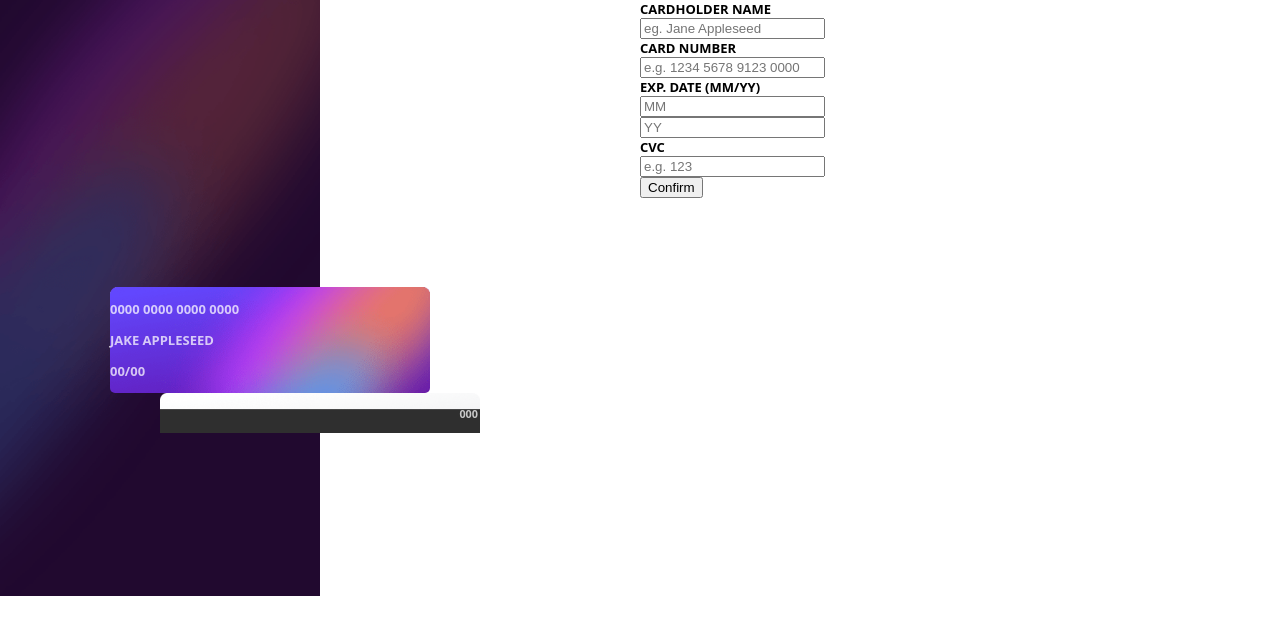
Repository: Celebration-cloud/my-project
Page: interactive-card-details-form-main/index.html
These files come from the project's save history. The page is drawn as it stood at one moment and after a run of saves; the edit follows.
The browser window is 1280 px wide. The pictures show the whole page.

Above is the page before, as saved 2023-08-22 18:54:09.

After the next 8 saves:
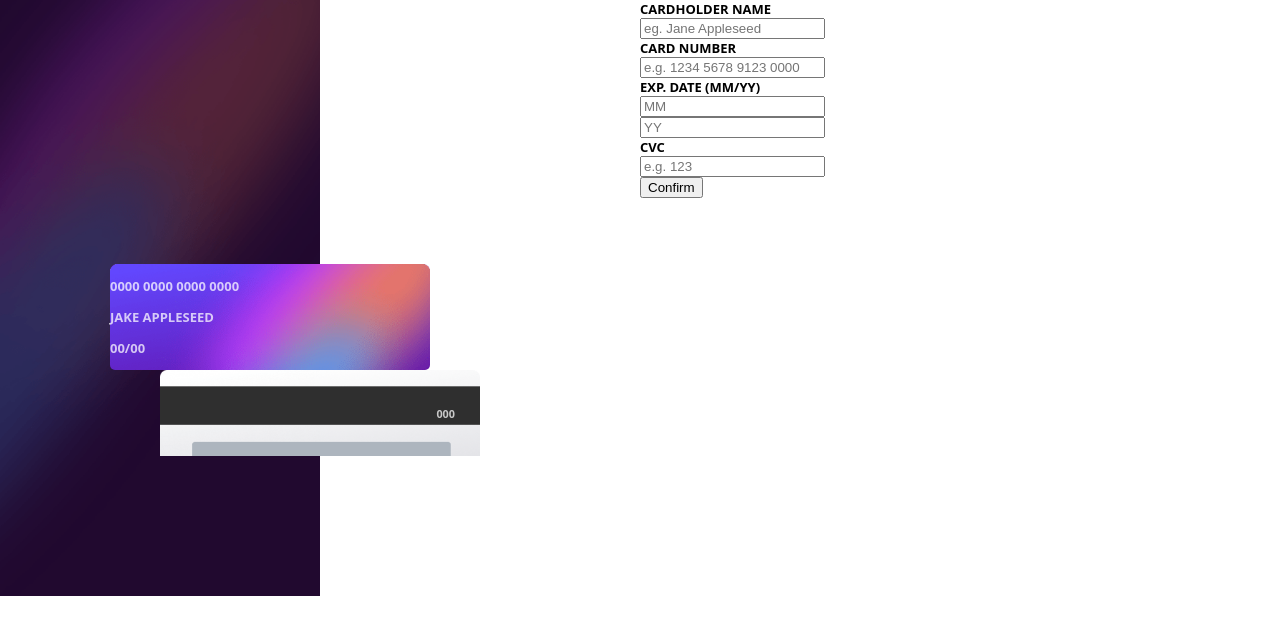
The 8 saves are shown as one change because they came seconds apart.
The last was saved 21 s later.
--- a/interactive-card-details-form-main/index.css
+++ b/interactive-card-details-form-main/index.css
@@ -36,7 +36,8 @@ body{
 }
 #cvc-digit{
     text-align: right !important ;
-    padding: 2px;
+    padding: 25px;
+    margin-left: 20px;
     color: rgba(255, 255, 255, 0.737);
     font-size: smaller;
 }
